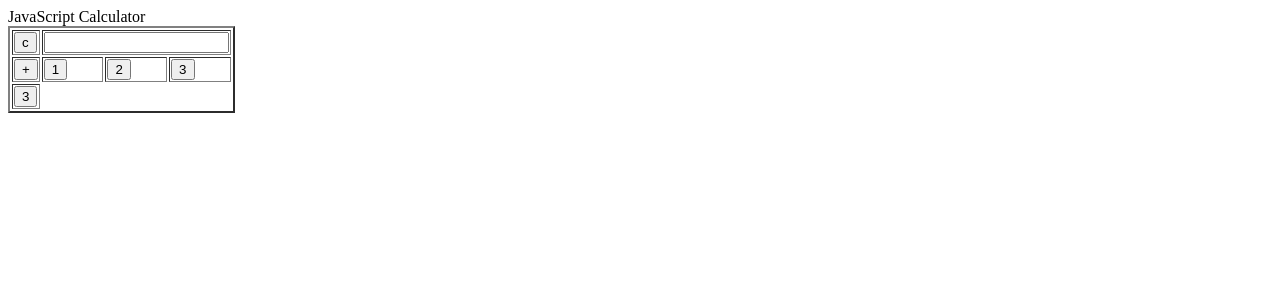
Repository: spidero7/Simple-Calculator
Page: index.html
The author's editor kept a copy of each file at every save. The page is drawn from the files as they stood at one save, then again after the next save.
The browser window is 1280 px wide. The pictures show the whole page.

Above is the page before, as saved 2021-09-15 06:55:07.

After the next save:
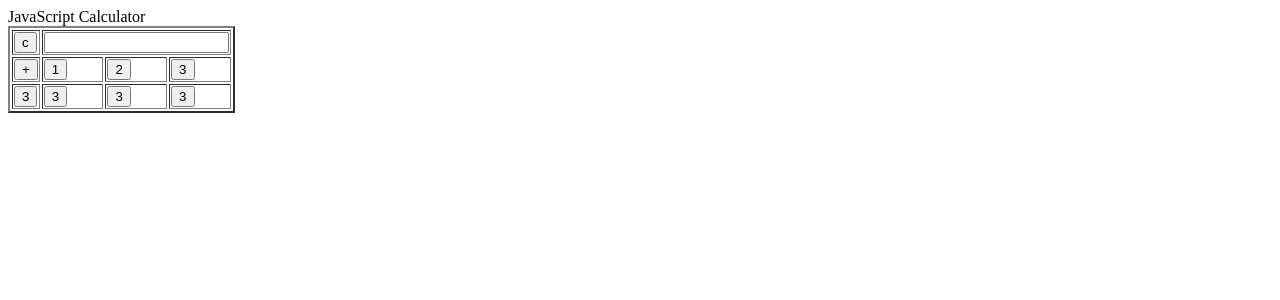
Saved 5 s later.
--- a/index.html
+++ b/index.html
@@ -22,6 +22,9 @@
         </tr>
         <tr>
             <td><input type="button" value="3" onclick="display('3')"/></td>
+            <td><input type="button" value="3" onclick="display('3')"/></td>
+            <td><input type="button" value="3" onclick="display('3')"/></td>
+            <td><input type="button" value="3" onclick="display('3')"/></td>
         </tr>
     </table>
     <script src="app.js"></script>
